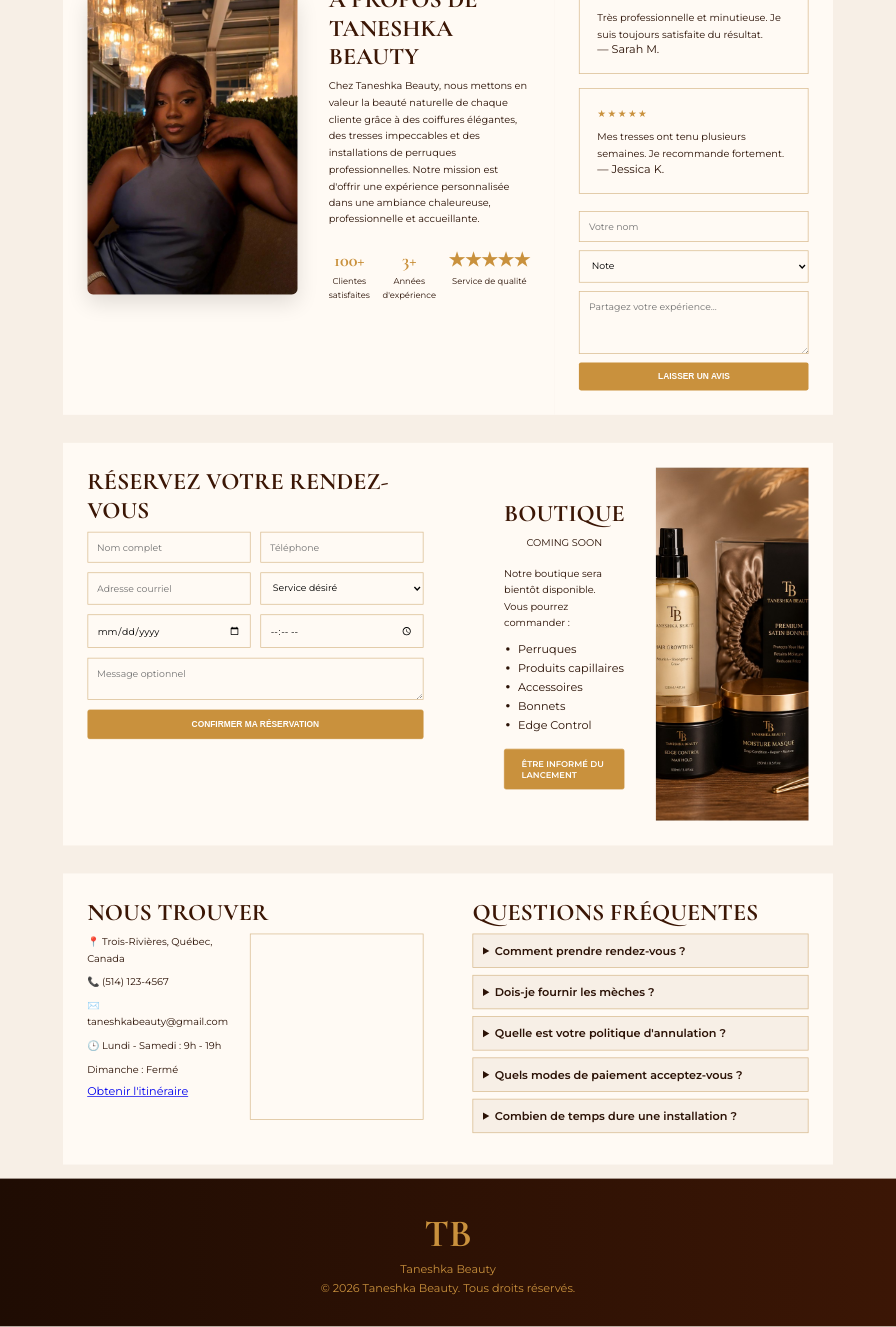
Repository: kngnepi/Taneshka-Beauty-House
Page: index.html
These files come from the project's save history. The page is drawn as it stood at one moment and after the next save; the edit follows.
The browser window is 1280 px wide. The pictures show the part of the page from y = 2184 to 4104 px (the page is 4079 px tall before and 4104 px after), at 70% of full size.
Pictures or frames that could not be fetched are drawn as grey boxes.

Above is the page before, as saved 2026-07-05 19:13:16.

After the next save:
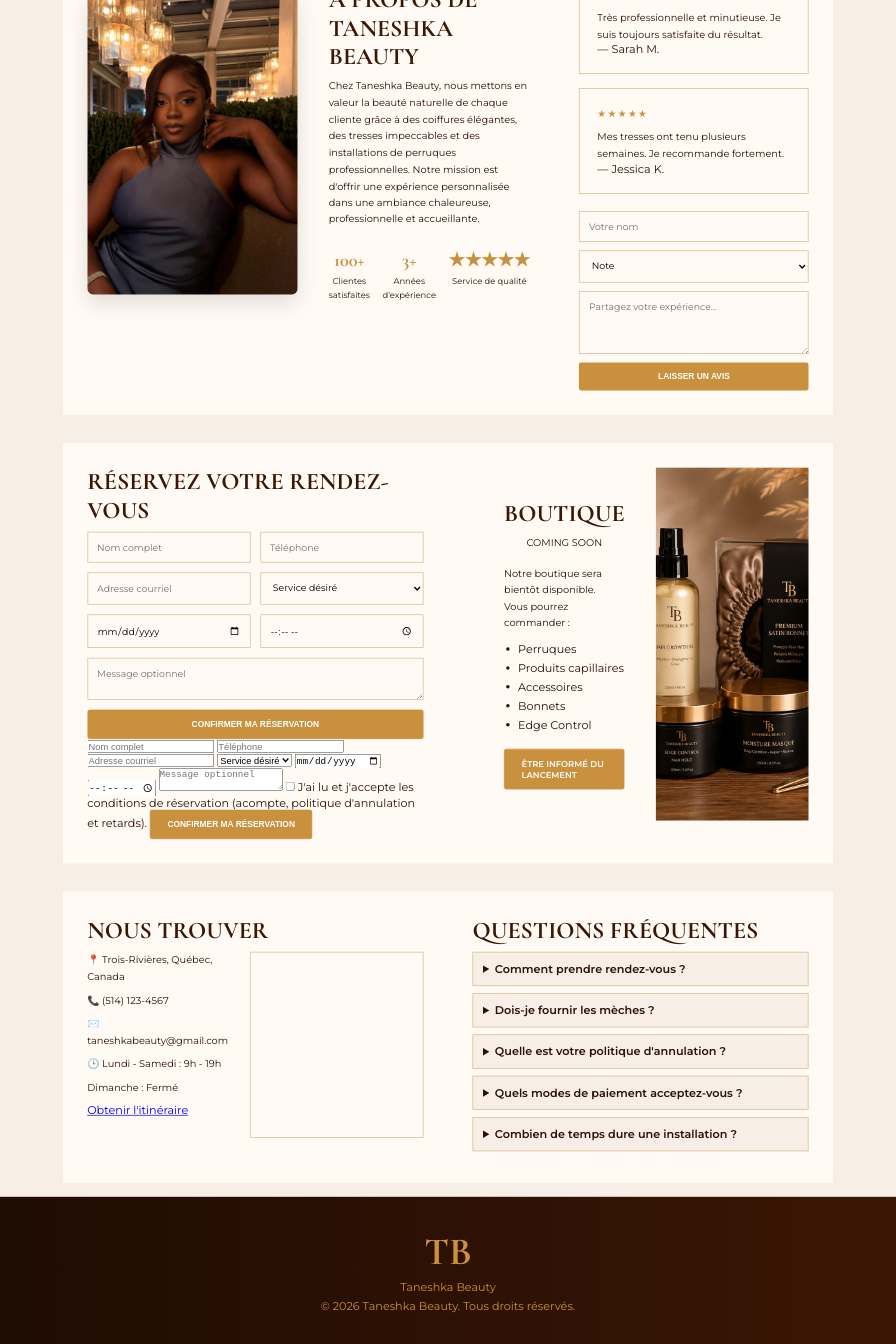
Saved 30 min 8 s later.
--- a/index.html
+++ b/index.html
@@ -194,7 +194,34 @@
   <div id="booking" class="booking-section">
     <h2>Réservez votre rendez-vous</h2>
 
-    <form class="booking-form">
+    <form
+  class="booking-form"
+  action="https://formspree.io/f/mjgqljjd"
+  method="POST"
+>
+  <input type="text" name="nom" placeholder="Nom complet" required />
+
+  <input type="tel" name="telephone" placeholder="Téléphone" required />
+
+  <input type="email" name="email" placeholder="Adresse courriel" required />
+
+  <select name="service" required>
+    <option value="">Service désiré</option>
+    <option value="Perruques">Perruques</option>
+    <option value="Tresses">Tresses</option>
+    <option value="Coiffures">Coiffures</option>
+  </select>
+
+  <input type="date" name="date_souhaitee" required />
+
+  <input type="time" name="heure_souhaitee" required />
+
+  <textarea name="message" placeholder="Message optionnel"></textarea>
+
+  <button type="submit" class="btn-gold">
+    Confirmer ma réservation
+  </button>
+</form>
       <input type="text" placeholder="Nom complet" />
       <input type="tel" placeholder="Téléphone" />
       <input type="email" placeholder="Adresse courriel" />
@@ -209,6 +236,13 @@
       <input type="date" />
       <input type="time" />
       <textarea placeholder="Message optionnel"></textarea>
+
+      <label class="terms">
+    <input type="checkbox" required>
+
+    J'ai lu et j'accepte les conditions de réservation
+    (acompte, politique d'annulation et retards).
+</label>
 
       <button type="submit" class="btn-gold">Confirmer ma réservation</button>
     </form>
